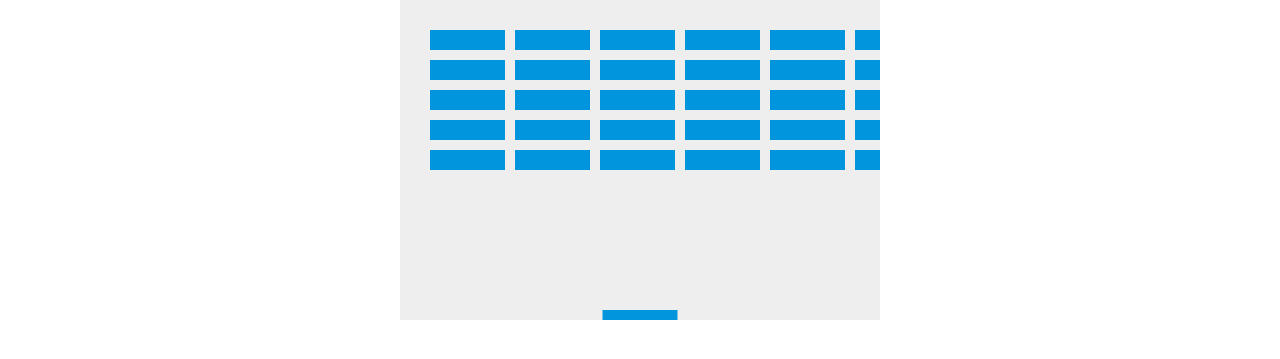
Repository: GoodHoneyCake/2D_breakout_game
Page: index.html
The author's editor kept a copy of each file at every save. The page is drawn from the files as they stood at one save, then again after the next save.
The browser window is 1280 px wide. The pictures show the whole page.

Above is the page before, as saved 2020-12-28 18:39:15.

After the next save:
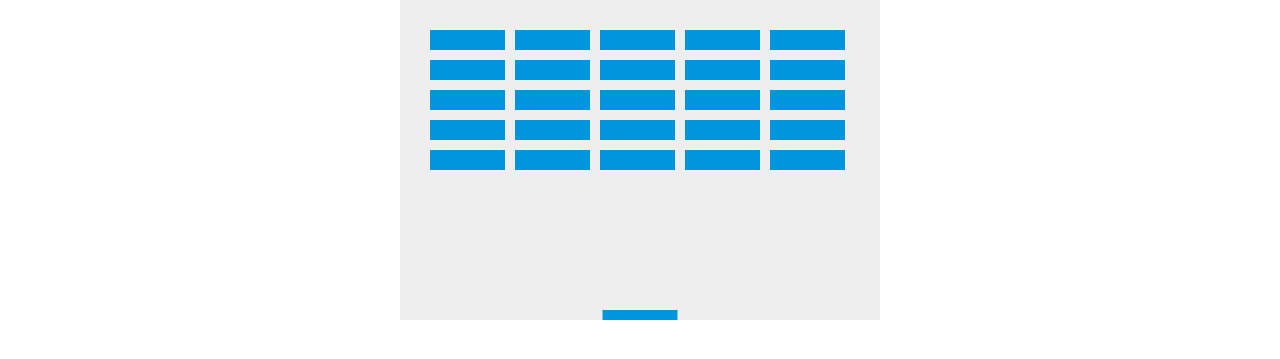
Saved 13 s later.
--- a/main.js
+++ b/main.js
@@ -17,7 +17,7 @@
 let leftPressed = false;
 
 let brickRowCount = 5;
-let brickColumnCount = 7;
+let brickColumnCount = 5;
 let brickWidth = 75;
 let brickHeight = 20;
 let brickPadding = 10;
